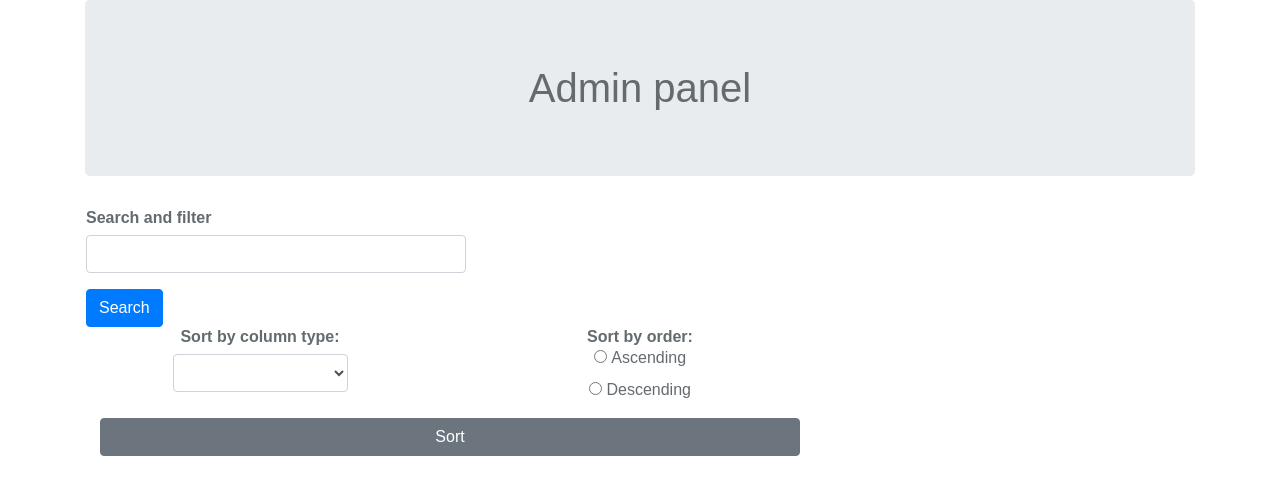
Repository: WOLVGVNG/gameclan
Page: resources/views/admin_panel.blade.php
An editor plug-in stored every save of this project. The page is shown before and after the next save, followed by the edit.
The browser window is 1280 px wide. The pictures show the whole page.
The page is served by the project's Laravel application, run on PHP 8.4 with Laravel 8. Other server files are loaded and not shown. The template is opened directly, without the code that normally fills it, so the values that code supplies are empty.

Above is the page before, as saved 2019-03-20 17:39:52.

### routes/web.php
<?php

/*
|--------------------------------------------------------------------------
| Web Routes
|--------------------------------------------------------------------------
|
| Here is where you can register web routes for your application. These
| routes are loaded by the RouteServiceProvider within a group which
| contains the "web" middleware group. Now create something great!
|
*/

Route::get('/', 'AdminPanelController@index');

### resources/views/admin_panel.blade.php
@extends('layout.app')
@section('content')
<div class='container text-center'>
    <h1 class='jumbotron'>Admin panel</h1>
    <form action='/' method='GET'>
        <div class='row'>
            <div class='col-md-4 mx-3'>
                <div class='row'>
                    <h6 class='font-weight-bold'>Search and filter</h6>
                    <input type='text' class='form-control' name='search' value='{{ session('search') }}'>
                </div>
                <div class='row'>
                    <button type='submit' class='btn btn-primary mt-3'>Search</button>
                </div>
            </div>
            <div class='col-md-8'>
                <div class='row'>
                    <div class='col-sm-6'>
                        <h6 class='font-weight-bold mt-4 mt-md-0'>Sort by column type:</h6>
                        <select class='form-control w-50 mx-auto' name='sort_type' value='{{ session('sort_type') }}'>
                            <option>{{ session('sort_type') }}</option>
                            <option>id</option>
                            <option>user_name</option>
                            <option>email</option>
                            <option>active</option>
                            <option>banned</option>
                            <option>notifiable_email</option>
                            <option>email_verified_at</option>
                            <option>points</option>
                            <option>steam_id</option>
                            <option>facebook_id</option>
                            <option>google_id</option>
                            <option>geo</option>
                            <option>lang</option>
                            <option>ref</option>
                            <option>ref_status</option>
                            <option>ref_code</option>
                            <option>deleted_at</option>
                            <option>created_at</option>
                            <option>updated_at</option>
                        </select>
                    </div>
                    <div class='col-sm-6'>
                        <h6 class='font-weight-bold my-4 my-md-0'>Sort by order:</h6>
                        <input type='radio' name='sort_order' value='asc' id='asc'
                                @if(session('sort_order') == 'asc') echo checked @endif>
                        <label for='asc'>Ascending</label>
                        <br>
                        <input type='radio' name='sort_order' value='desc' id='desc'
                                @if(session('sort_order') == 'desc') echo checked @endif>
                        <label for='desc'>Descending</label>
                    </div>
                </div>
                <div class='col mt-2 mb-5'>
                    <button type='submit' class='btn btn-block btn-secondary'>Sort</button>
                </div>
            </form>

            @foreach($users as $user)
                <div class='row mb-5'>
                    <div class='user-part-div col'>
                        <p class='font-weight-bold'>id</p>
                        <p>{{$user->id}}</p>
                    </div>
                    <div class='user-part-div col'>
                        <p class='font-weight-bold'>user_name</p>
                        <p>{{$user->user_name}}</p>
                    </div>
                    <div class='user-part-div col'>
                        <p class='font-weight-bold'>email</p>
                        <p>{{$user->email}}</p>
                    </div>
                    @if($user->active === 1)
                        <div class='user-part-div col d-flex align-items-center'>
                            <p class='font-weight-bold'>active</p>
                        </div>
                    @endif
                    @if($user->banned === 1)
                    <div class='user-part-div col d-flex align-items-center'>
                        <p class='font-weight-bold'>banned</p>
                    </div>
                    @endif
                    @if(isset($user->email_verified_at))
                        <div class='user-part-div col'>
                            <p class='font-weight-bold'>email_verified_at</p>
                            <p>{{$user->email_verified_at}}</p>
                        </div>
                    @endif
                    @if(isset($user->email_verified_at))
                        <div class='user-part-div col'>
                            <p class='font-weight-bold'>remember_token</p>
                            <p>{{$user->remember_token}}</p>
                        </div>
                    @endif
                    <div class='user-part-div col'>
                        <p class='font-weight-bold'>avatar</p>
                        <p>{{$user->avatar}}</p>
                    </div>
                    <div class='user-part-div col'>
                        <p class='font-weight-bold'>points</p>
                        <p>{{$user->points}}</p>
                    </div>
                    @if(isset($user->steam_id))
                        <div class='user-part-div col'>
                            <p class='font-weight-bold'>steam_id</p>
                            <p>{{$user->steam_id}}</p>
                        </div>
                    @endif
                    @if(isset($user->facebook_id))
                        <div class='user-part-div col'>
                            <p class='font-weight-bold'>facebook_id</p>
                            <p>{{$user->facebook_id}}</p>
                        </div>
                    @endif
                    @if(isset($user->google_id))
                        <div class='user-part-div col'>
                            <p class='font-weight-bold'>google_id</p>
                            <p>{{$user->google_id}}</p>
                        </div>
                    @endif
                    <div class='user-part-div col'>
                        <p class='font-weight-bold'>geo</p>
                        <p>{{$user->geo}}</p>
                    </div>
                    <div class='user-part-div col'>
                        <p class='font-weight-bold'>lang</p>
                        <p>{{$user->lang}}</p>
                    </div>
                    @if(isset($user->ref))
                        <div class='user-part-div col'>
                            <p class='font-weight-bold'>ref</p>
                            <p>{{$user->ref}}</p>
                        </div>
                    @endif
                    @if(isset($user->ref_status))
                        <div class='user-part-div col'>
                            <p class='font-weight-bold'>ref_status</p>
                            <p>{{$user->ref_status}}</p>
                        </div>
                    @endif
                    <div class='user-part-div col'>
                        <p class='font-weight-bold'>ref_code</p>
                        <p>{{$user->ref_code}}</p>
                    </div>
                    @if(isset($user->deleted_at))
                        <div class='user-part-div col'>
                            <p class='font-weight-bold'>deleted_at</p>
                            <p>{{$user->deleted_at}}</p>
                        </div>
                    @endif
                    <div class='user-part-div col'>
                        <p class='font-weight-bold'>created_at</p>
                        <p>{{$user->created_at}}</p>
                    </div>
                    @if(isset($user->updated_at))
                        <div class='user-part-div col'>
                            <p class='font-weight-bold'>updated_at</p>
                            <p>{{$user->updated_at}}</p>
                        </div>
                    @endif
                </div>
            @endforeach
        </div>
    </div>
    <div class='row'>
        <div class='mx-auto'>
            {{ $users->links() }}
        </div>
    </div>
</div>
@endsection

### resources/views/layout/app.blade.php
<!doctype html>
<html lang="{{ str_replace('_', '-', app()->getLocale()) }}">
    <head>
        <meta charset="utf-8">
        <meta name="viewport" content="width=device-width, initial-scale=1">

        <title>Laravel</title>

        <link rel="stylesheet" href="https://stackpath.bootstrapcdn.com/bootstrap/4.3.1/css/bootstrap.min.css" integrity="sha384-ggOyR0iXCbMQv3Xipma34MD+dH/1fQ784/j6cY/iJTQUOhcWr7x9JvoRxT2MZw1T" crossorigin="anonymous">

        <style>
            html, body {
                background-color: #fff;
                color: #636b6f;
                font-family: 'Nunito', sans-serif;
                font-weight: 200;
                height: 100vh;
                margin: 0;
            }

            .user-part-div {
                border: 3px solid gray;
            }
        </style>
    </head>
    <body>
        @yield('content')

    </body>
</html>

After the next save:
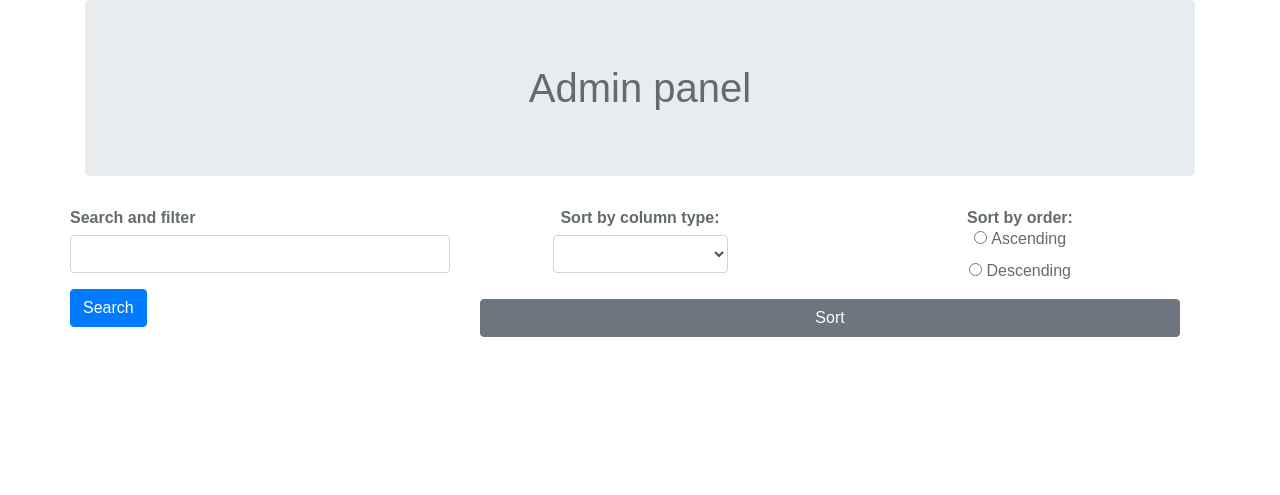
Saved 11 s later.
--- a/resources/views/admin_panel.blade.php
+++ b/resources/views/admin_panel.blade.php
@@ -4,7 +4,7 @@
     <h1 class='jumbotron'>Admin panel</h1>
     <form action='/' method='GET'>
         <div class='row'>
-            <div class='col-md-4 mx-3'>
+            <div class='col-md-4 mx-3 mx-md-0'>
                 <div class='row'>
                     <h6 class='font-weight-bold'>Search and filter</h6>
                     <input type='text' class='form-control' name='search' value='{{ session('search') }}'>
